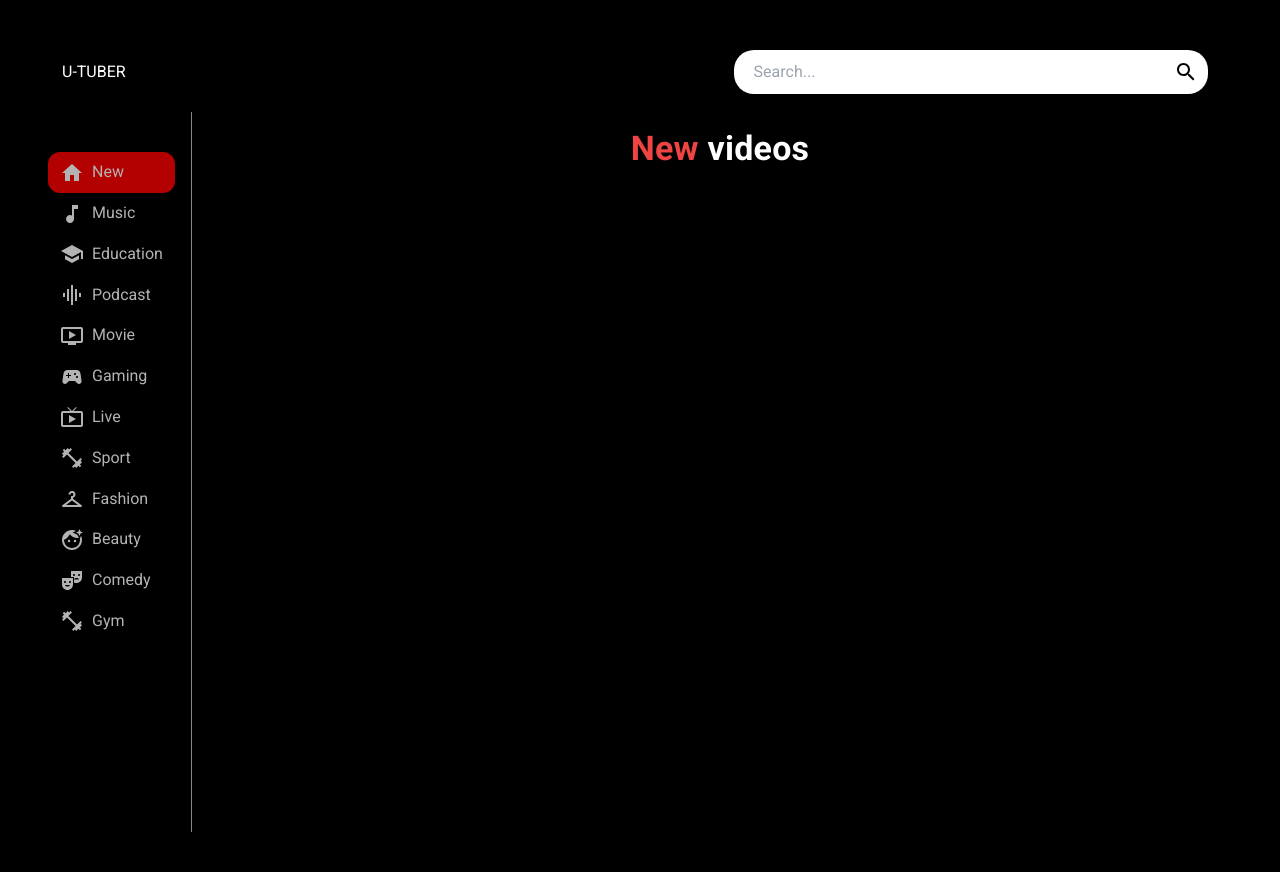
Repository: Nurlan-Bakenbaev/YoutubeClone
Page: /
The author's editor kept a copy of each file at every save. The page is drawn from the files as they stood at one save, then again after a run of saves.
The browser window is 1280 px wide. The pictures show the whole page.
The page's requests for data from a server got no answer. The project was rebuilt for these pictures with package versions that can differ from the ones it lists, and the page was loaded fresh each time. No one was signed in, and anything a server would have sent is missing. Also part of the build but not shown: vite.config.js, src/components/VideoCard.jsx, src/components/ChannelCard.jsx, src/components/VideoDetails.jsx, src/components/SearchFeed.jsx, src/components/ChannelDetails.jsx.

Above is the page before, as saved 2023-09-08 15:49:34.

### index.html
<!DOCTYPE html>
<html lang="en">
  <head>
    <link
      rel="stylesheet"
      href="https://fonts.googleapis.com/icon?family=Material+Icons"
    />
    <link rel="preconnect" href="https://fonts.googleapis.com" />
    <link rel="preconnect" href="https://fonts.gstatic.com" crossorigin />
    <link
      rel="stylesheet"
      href="https://fonts.googleapis.com/css2?family=Roboto:wght@300;400;500;600;700&display=swap"
    />

    <meta charset="UTF-8" />
    <link rel="icon" type="image/svg+xml" href="/vite.svg" />
    <meta name="viewport" content="width=device-width, initial-scale=1.0" />
    <title>Youtube Clone</title>
  </head>
  <body>
    <div id="root"></div>
    <script type="module" src="/src/main.jsx"></script>
  </body>
</html>

### src/App.jsx
import "./App.css";
import { BrowserRouter, Routes, Route } from "react-router-dom";
import { Box } from "@mui/material";
import Navbar from './components/Navbar'
import Feed from './components/Feed'
import VideoDetails from './components/VideoDetails'
import SearchFeed from './components/SearchFeed'
import ChannelDetails from './components/ChannelDetails'


const App = () => (
  <BrowserRouter>
    <Box sx={{ backgroundColor: "#000" }}>
      <Navbar/>
      <Routes>
        <Route path="/" element={<Feed />} />
        <Route path="/video/:id" element={<VideoDetails />} />
        <Route path="/channel/:id" element={<ChannelDetails />} />
        <Route path="/search/:searchTerm" element={<SearchFeed />} />
      </Routes>
    </Box>
  </BrowserRouter>
);

export default App;

### src/index.css
@import "tailwindcss/base";
@import "tailwindcss/components";
@import "tailwindcss/utilities";


body {
  font-family: "Roboto", sans-serif;
  margin: 0;
  padding: 0;
  box-sizing: border-box;
  background-color: black;
}
a{
  color:inherit;
  text-decoration: none;
}

### src/components/Navbar.jsx
import { Stack } from "@mui/material";
import { Link } from "react-router-dom";
import SearchBar from "./SearchBar";

const Navbar = () => {
  return (
    <Stack
      direction="row"
      alignItems="center"
      sx={{
        position: "sticky",
        background: "black",
        top: "0",
        justifyContent: "space-between",
        height: "80px",
        pl:'30px'
      }}
    >
      <Stack
        sx={{
          display: "flex",
          flexDirection: "row",
          alignItems: "center",
        }}
      >
        <Link className="hidden md:block" to={"/"}>
           <h1 className="text-bold text-white">U-TUBER</h1>
        </Link>
      </Stack>
      <SearchBar />
    </Stack>
  );
};

export default Navbar;

### src/components/Feed.jsx
import React, { useState, useEffect } from "react";
import { Box, Stack, Typography } from "@mui/material";
import SideBar from "./SideBar";
import Videos from "./Videos";
import { fetchFromAPI } from "./helpers/fetchFromAPI";

const Feed = () => {
  const [selectedCategory, setSelectedCategory] = useState("New");
  const [videos, setVideous] = useState([]);
  useEffect(() => {
    fetchFromAPI(`search?part=snippet&q=
    ${selectedCategory}`).then((data) => setVideous(data.items));
  }, [selectedCategory]);

  return (
    <Stack
      sx={{
        flexDirection: { sx: "column", md: "row" },
        height: "100%",
      }}
    >
      <Box
        sx={{
          height: { sx: "auto", md: "100" },
          borderRight: "1px solid #878787 ",
          px: { sx: 0, md: 2 },
        }}
      >
        <SideBar
          selectedCategory={selectedCategory}
          setSelectedCategory={setSelectedCategory}
        />
      </Box>
      <Box p={2} sx={{ overflowY: "auto", height: "100vh", flex: 2 }}>
        <Typography
          variant="h4"
          fontWeight="bold"
          mb={2}
          sx={{ color: "white" }}
        >
          <span className="text-red-500 mb-3">{selectedCategory}</span> videos
          <Videos videos={videos} />
        </Typography>
      </Box>
    </Stack>
  );
};

export default Feed;

### src/components/SearchBar.jsx
import React from "react";
import { useState } from "react";
import { useNavigate } from "react-router-dom";
import { Paper, IconButton } from "@mui/material";
import SearchIcon from "@mui/icons-material/Search";
const SearchBar = () => {
  return (
    <Paper
      component="form"
      onSubmit={() => {}}
      sx={{
        borderRadius: "20px",
        pl: 2,
        boxShadow: "none",
        display: "flex",
        alignItems: "center",
        minWidth:"40%",
        mr: { sm: 5 },
      }}
    >
      <input
        className="flex-1 p-1 outline-none"
        placeholder="Search..."
        type="text"
        onChange={() => {}}/>
      <IconButton type="submit" sx={{ p: "10px", color: "black" }}>
        <SearchIcon />
      </IconButton>
    </Paper>
  );
};

export default SearchBar;

### src/components/SideBar.jsx
import React from "react";
import { Stack } from "@mui/material";
import { categories } from "./helpers/constants";

const SideBar = ({ selectedCategory, setSelectedCategory }) => {
  return (
    <Stack
      direction="row"
      sx={{
        marginTop: { sx: 5, md: 5 },
        overflowY: "",
        overflowX: "auto",
        height: { sx: "auto", md: "100%" },
        flexDirection: { md: "column" },
      }}>
      {categories.map((cat) => (
        <button
          onClick={() => setSelectedCategory(cat.name)}
          key={cat.name}
          style={{ background: cat.name === selectedCategory && "red" }}
          className="
        flex gap-2 items-center
         hover:bg-red-500 text-white
          py-2 px-3 rounded-xl opacity-[0.7] hover:opacity-[1]"
        >
          <span>{cat.icon}</span>
          <span className="hidden md:block">{cat.name}</span>
        </button>
      ))}
    </Stack>
  );
};

export default SideBar;

### src/components/Videos.jsx
import React from "react";
import { Stack, Box } from "@mui/material";
import VideoCard from "./VideoCard";
import ChannelCard from "./ChannelCard";
const Videos = ({ videos }) => {
  return (
    <Stack  direction="row" justifyContent="start"margin='auto' flexWrap="wrap" gap={2}>
      {videos.map((item, idx) => (
        <Box key={idx}>
          {item.id.videoId && <VideoCard video={item} />}
          {item.id.channelId && <ChannelCard channelDetail={item} />}
        </Box>
      ))}
    </Stack>
  );
};

export default Videos;

### src/components/helpers/fetchFromAPI.js
import axios from "axios";


const BASE_URL = "https://youtube-v31.p.rapidapi.com";

const options = {
  params: {

    maxResults: "10",
  },
  headers: {
    "X-RapidAPI-Key": 'dfd9fd22a4msh387268f5a8f5fb7p1284fdjsne6bbd54d9622',
    "X-RapidAPI-Host": "youtube-v31.p.rapidapi.com",
  },
};
export const fetchFromAPI = async (url) => {
  const { data } = await axios.get(`${BASE_URL}/${url}`, options);
  return data;
};

### src/components/helpers/constants.jsx
import MusicNoteIcon from '@mui/icons-material/MusicNote';
import HomeIcon from '@mui/icons-material/Home';
import CodeIcon from '@mui/icons-material/Code';
import OndemandVideoIcon from '@mui/icons-material/OndemandVideo';
import SportsEsportsIcon from '@mui/icons-material/SportsEsports';
import LiveTvIcon from '@mui/icons-material/LiveTv';
import SchoolIcon from '@mui/icons-material/School';
import FaceRetouchingNaturalIcon from '@mui/icons-material/FaceRetouchingNatural';
import CheckroomIcon from '@mui/icons-material/Checkroom';
import GraphicEqIcon from '@mui/icons-material/GraphicEq';
import TheaterComedyIcon from '@mui/icons-material/TheaterComedy';
import FitnessCenterIcon from '@mui/icons-material/FitnessCenter';
import DeveloperModeIcon from '@mui/icons-material/DeveloperMode';


export const categories = [
  { name: 'New', icon: <HomeIcon />, },
  { name: 'Music', icon: <MusicNoteIcon /> },
  { name: 'Education', icon: <SchoolIcon />, },
  { name: 'Podcast', icon: <GraphicEqIcon />, },
  { name: 'Movie', icon: <OndemandVideoIcon />, },
  { name: 'Gaming', icon: <SportsEsportsIcon />, },
  { name: 'Live', icon: <LiveTvIcon />, },
  { name: 'Sport', icon: <FitnessCenterIcon />, },
  { name: 'Fashion', icon: <CheckroomIcon />, },
  { name: 'Beauty', icon: <FaceRetouchingNaturalIcon />, },
  { name: 'Comedy', icon: <TheaterComedyIcon />, },
  { name: 'Gym', icon: <FitnessCenterIcon />, },
];

export const demoThumbnailUrl = 'https://i.ibb.co/G2L2Gwp/API-Course.png';
export const demoChannelUrl = '/channel/UCmXmlB4-HJytD7wek0Uo97A';
export const demoVideoUrl = '/video/GDa8kZLNhJ4';
export const demoChannelTitle = 'JavaScript Mastery';
export const demoVideoTitle = 'Build and Deploy 5 JavaScript & React API Projects in 10 Hours - Full Course | RapidAPI';
export const demoProfilePicture = 'http://dergipark.org.tr/assets/app/images/buddy_sample.png'

Loaded but not shown: src/main.jsx (common file); src/App.css (common file); tailwind.config.js (common file)

After the next 4 saves:
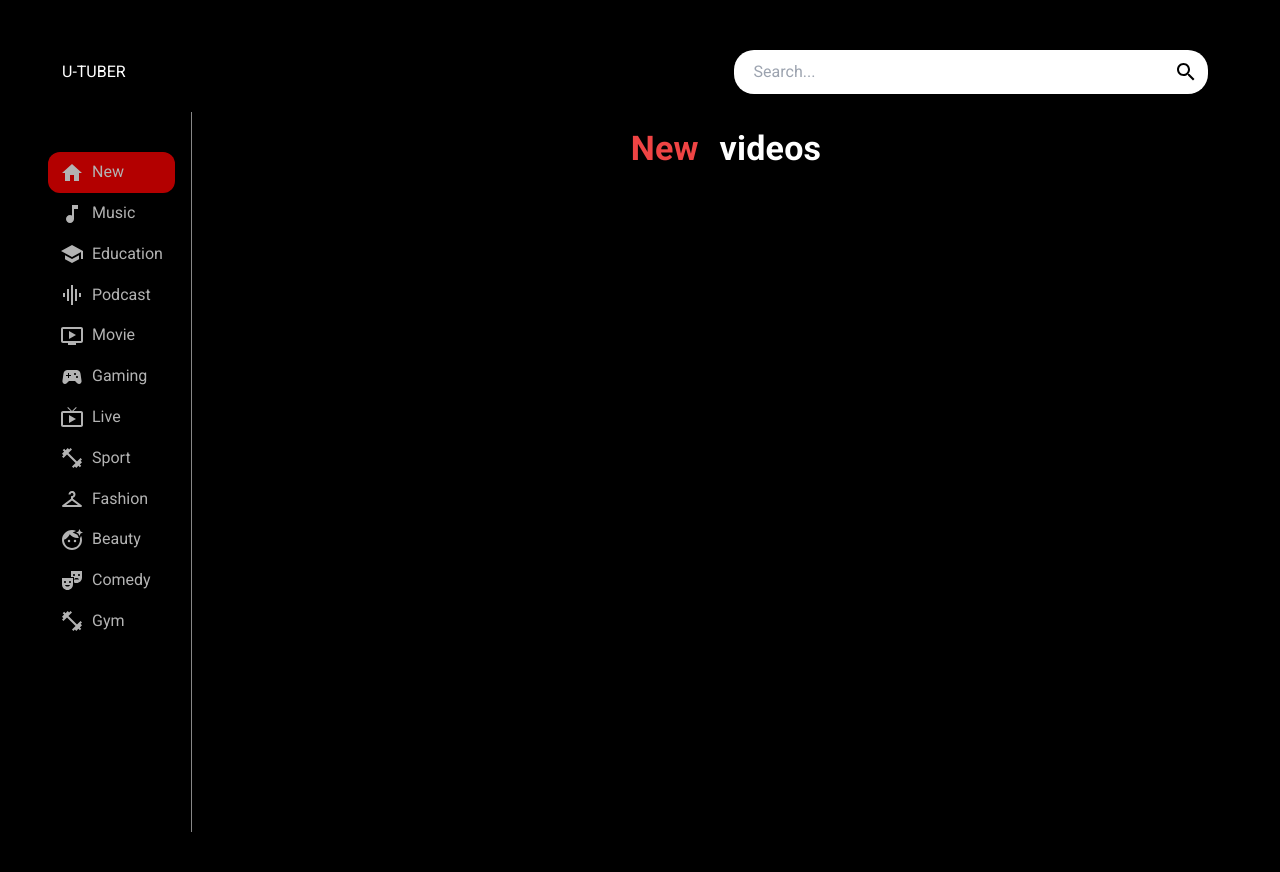
The 4 saves are shown as one change because they came seconds apart.
The last was saved 28 s later.
--- a/src/components/Feed.jsx
+++ b/src/components/Feed.jsx
@@ -38,7 +38,7 @@
           mb={2}
           sx={{ color: "white" }}
         >
-          <span className="text-red-500 mb-3">{selectedCategory}</span> videos
+          <span className="text-red-500 m-3">{selectedCategory}</span> videos
           <Videos videos={videos} />
         </Typography>
       </Box>

After the 2 saves that followed:
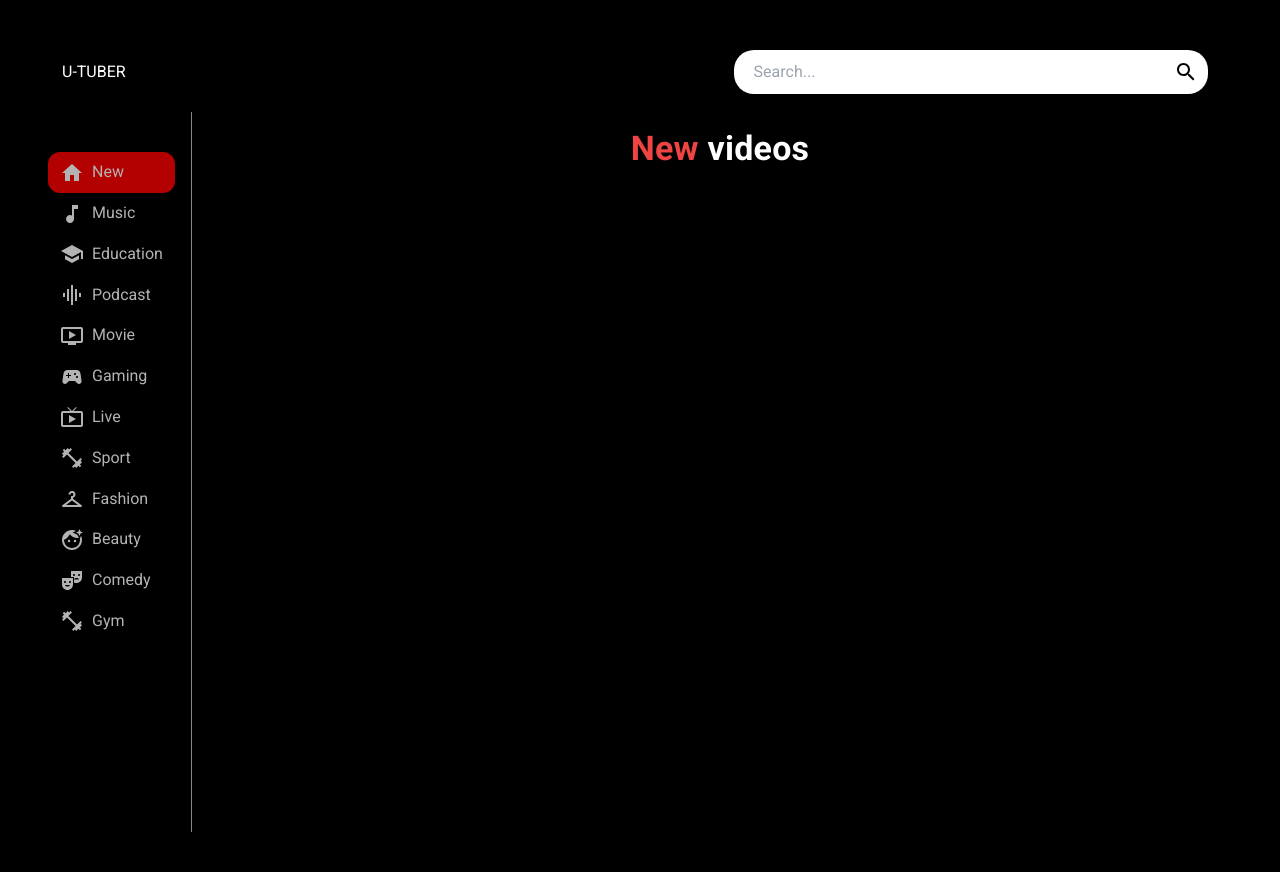
The 2 saves are shown as one change because they came seconds apart.
The last was saved 8 s later.
--- a/src/components/Feed.jsx
+++ b/src/components/Feed.jsx
@@ -38,8 +38,8 @@
           mb={2}
           sx={{ color: "white" }}
         >
-          <span className="text-red-500 m-3">{selectedCategory}</span> videos
-          <Videos videos={videos} />
+          <span className="text-red-500">{selectedCategory}</span> videos
+          <Videos  videos={videos} />
         </Typography>
       </Box>
     </Stack>
